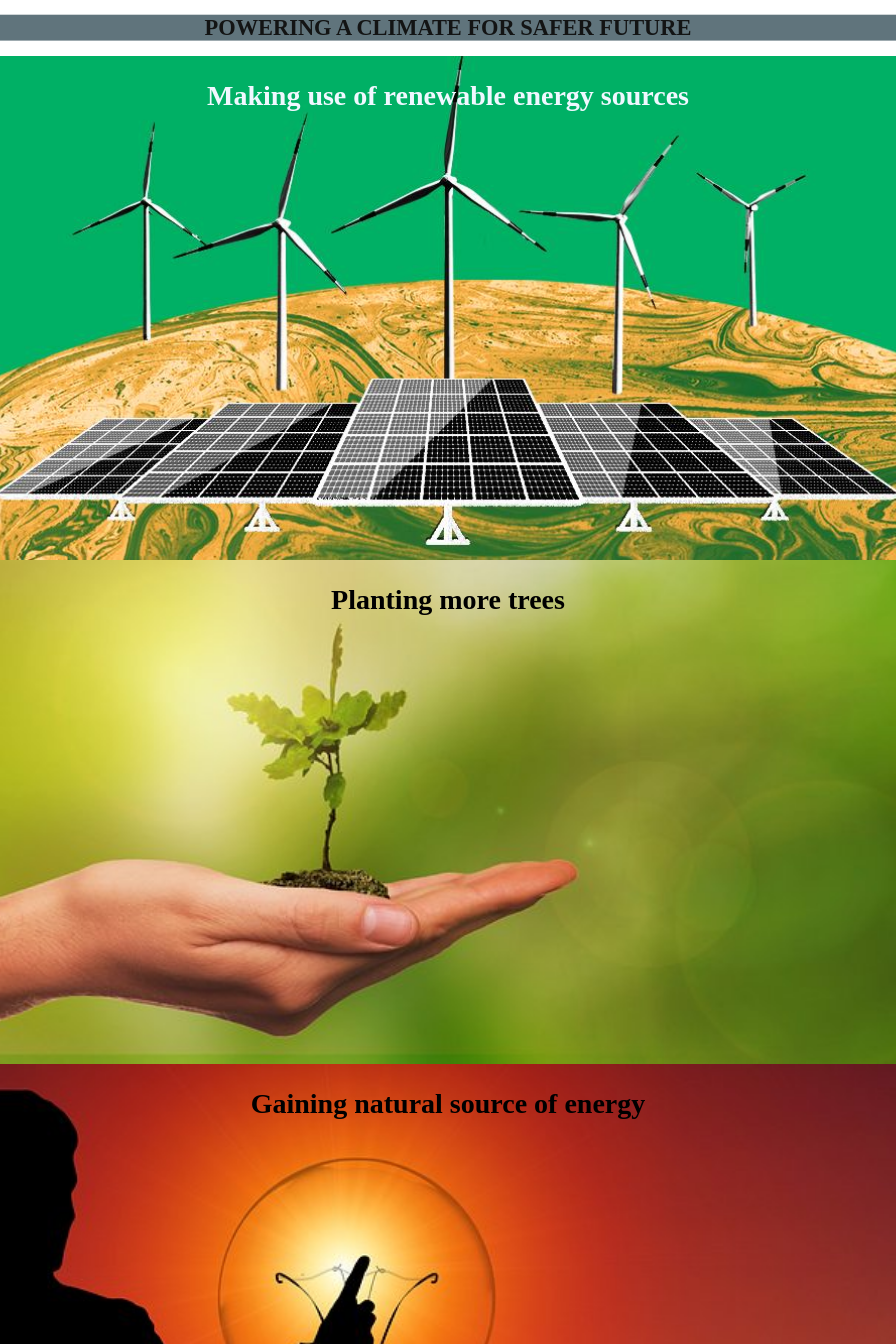
Repository: NavinDayanithi/static-web-design-competition
Page: index.html
These files come from the project's save history. The page is drawn as it stood at one moment and after the next save; the edit follows.
The browser window is 1280 px wide. The pictures show the part of the page from y = 0 to 1920 px (the page is 4420 px tall), at 70% of full size.
Backgrounds fixed to the window are drawn as part of the page.

Above is the page before, as saved 2023-04-28 20:42:45.

### index.html
<!DOCTYPE html>
<html lang="en">
<head>
  <title>POWERING CLIMATE </title>
  <link rel="stylesheet" href="styles.css">
</head>
<body>
    <h1 >POWERING A CLIMATE FOR SAFER FUTURE</h1>
    <div class="box1">
        <h2>Making use of renewable energy sources</h2>
    </div>
    <div class="box2">
        <h2>Planting more trees</h2>
    </div>
    <div class="box3">
        <h2>Gaining natural source of energy</h2>
    </div>
    <div class="box4">
        <h2>Everyone is responsible</h2>
    </div>
    <div class="box5">
        <h2>Using Eco-friendly products</h2>
    </div>
    <div class="box6">
        <h2></h2>
    </div>
</body>
</html>

### styles.css

h1
{
    text-align:center;
    color:rgb(19, 20, 20);
    background-color: rgb(96, 116, 124);

}
h2{
    text-align: center;
    font-size:40px;
}

 body{
    margin: 0;
    padding: 0;
    /* background-color: blue; */
}
head{
    text-align: center;
}

.box1{
    height: 100vh;
    width:100%;
    background-image: url(img1.jpg);
    background-size: cover;
    background-position: center;
    display: table;
    background-attachment: fixed;
    color: aliceblue;
}

.box2{
    height: 100vh;
    width:100%;
    background-image: url(img2.jpg);
    background-size: cover;
    background-position: center;
    display: table;
    background-attachment: fixed;
    color:;
}

.box3{
    height: 100vh;
    width:100%;
    background-image: url(img3.jpg);
    background-size:cover;
    display: table;
    background-attachment: fixed;

}


.box4{
    height: 100vh;
    width:100%;
    background-image: url(img4.jpg);
    background-size: cover;
    background-position: center;
    display: table;
    background-attachment: fixed;
}

.box5{
    height: 100vh;
    width:100%;
    background-image: url(img5.jpg);
    background-size: cover;
    /* background-position: center; */
    display: table;
    background-attachment: fixed;
}

.box6{
    height: 100vh;
    margin-top: 20px;
    width:100%;
    background-image: url(img6.jpg);
    background-size: cover;
   background-position: center;
    display: table;
    background-attachment: fixed;
}

After the next save:
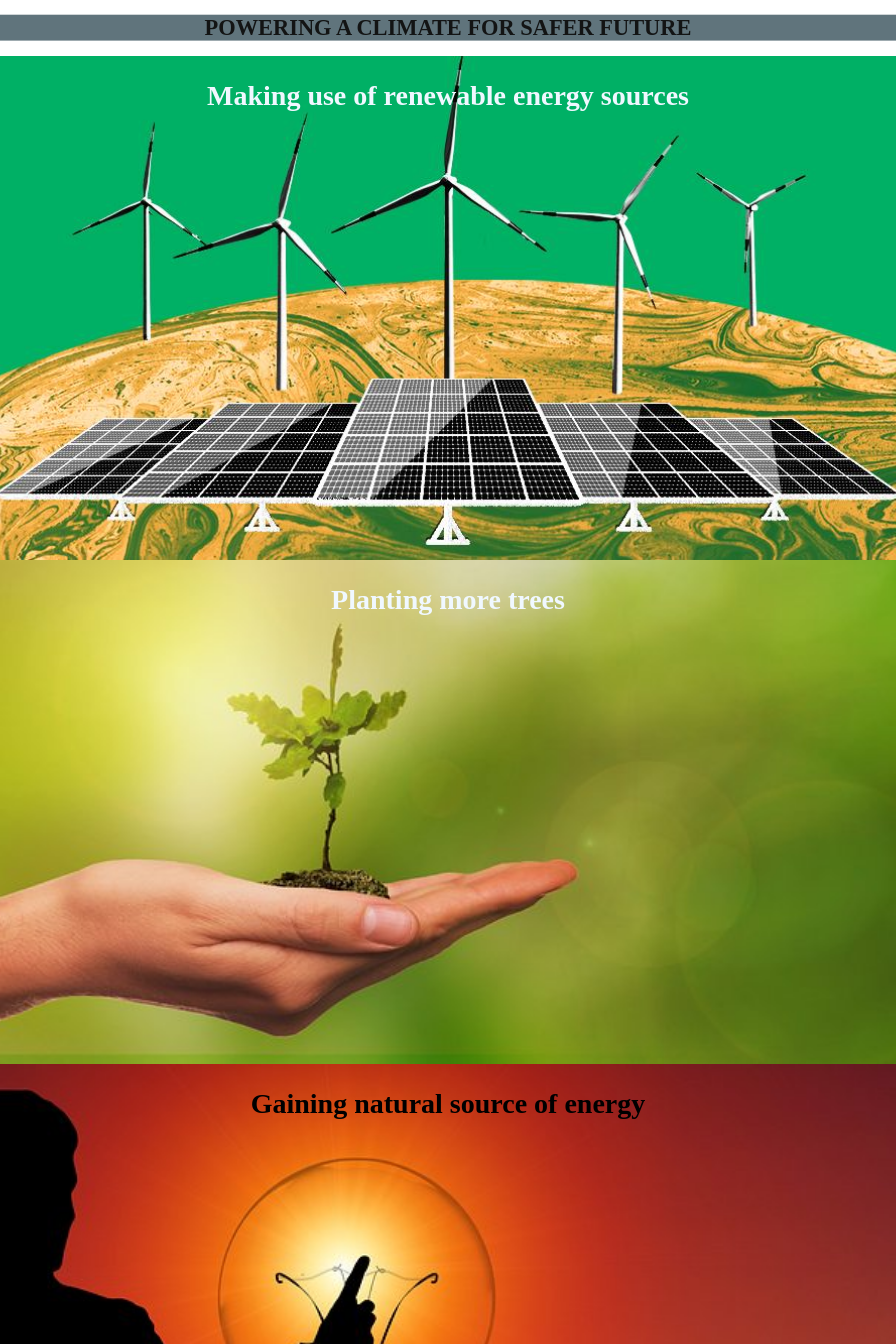
Saved 7 s later.
--- a/styles.css
+++ b/styles.css
@@ -39,7 +39,7 @@ head{
     background-position: center;
     display: table;
     background-attachment: fixed;
-    color:;
+    color:aliceblue;
 }
 
 .box3{
